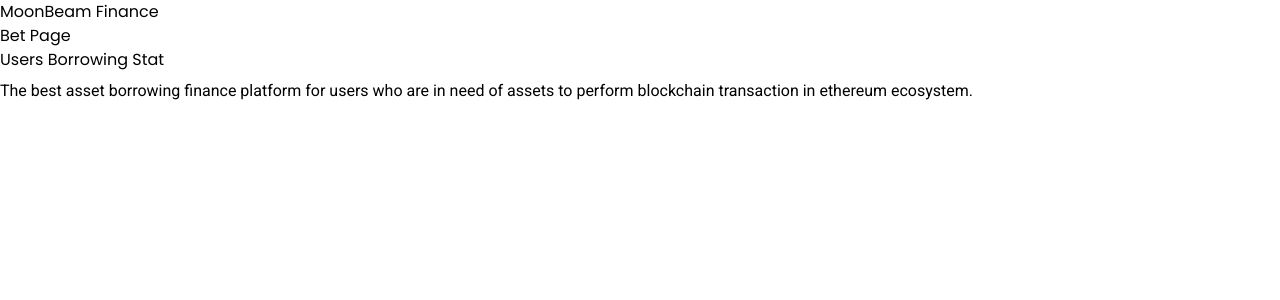
Repository: chinkauchenna2021/baseFinance
Page: /
An editor plug-in stored every save of this project. The page is shown before and after a run of saves, followed by the edit.
The browser window is 1280 px wide. The pictures show the whole page.
The project was rebuilt for these pictures with package versions that can differ from the ones it lists, and the page was loaded fresh each time. Also part of the build but not shown: vue.config.js.

Above is the page before, as saved 2023-07-03 08:32:41.

After the next 4 saves:
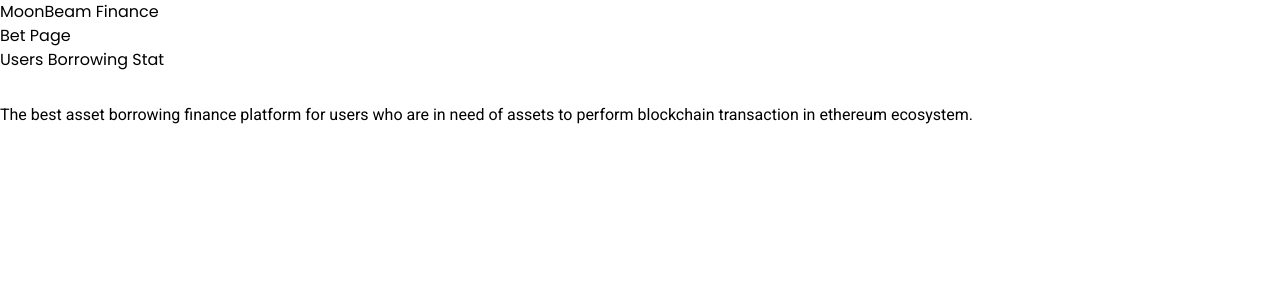
The 4 saves are shown as one change because 1 did not build or start and some came seconds apart.
The last was saved 20 s later.
--- a/src/views/components/pages/layouts/Header.vue
+++ b/src/views/components/pages/layouts/Header.vue
@@ -7,7 +7,7 @@
             <div class="text-[14px] w-fit cursor-pointer">Bet Page</div>
             <div class="text-[14px] w-fit cursor-pointer">Users Borrowing Stat</div>
             <div class="">
-
+               <button type="button"></button>
             </div>
          </div>
     </div>
